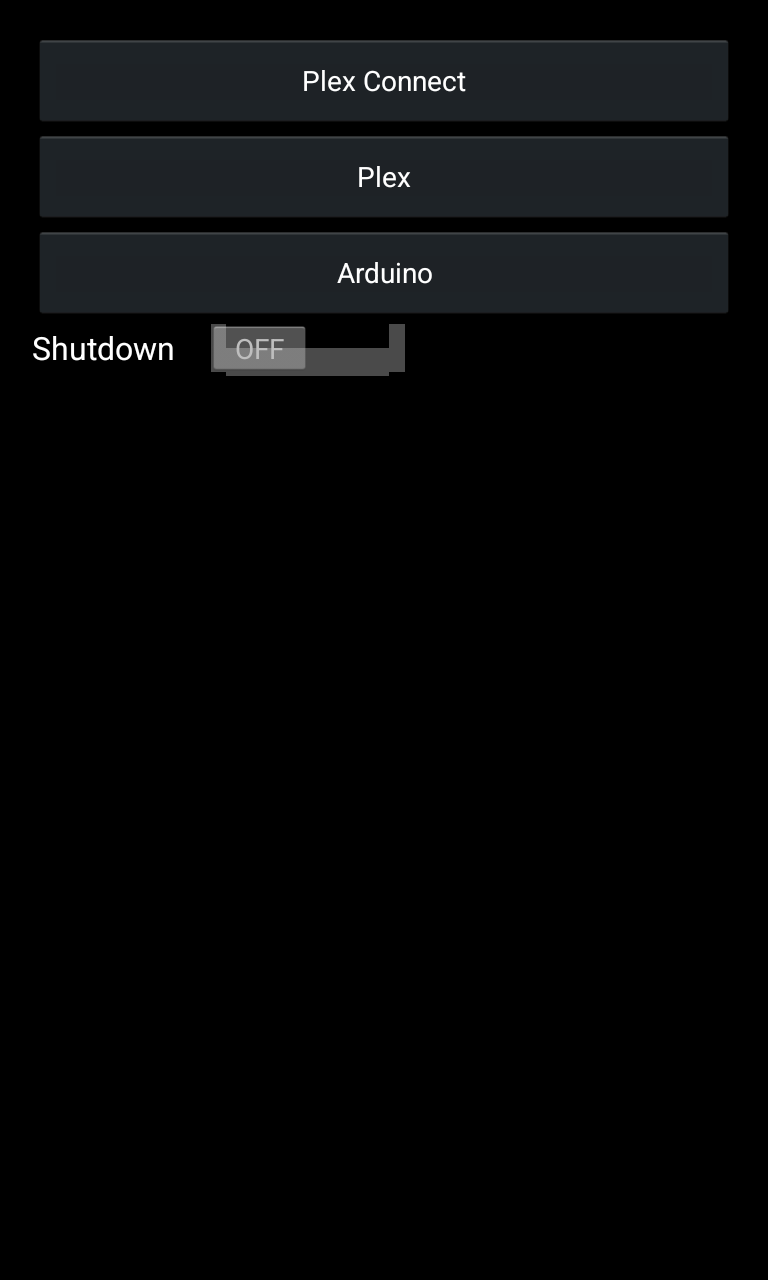
Repository: juanlurie/Android
Layout: TcpClient/res/layout/activity_main.xml
An editor plug-in stored every save of this project. The layout is shown before and after the next save, followed by the edit.
It is drawn on a 768 x 1280 px phone screen (xhdpi) without system bars, with theme AppTheme; the app's code is not run.

Above is the layout before, as saved 2013-08-09 07:17:22.

After the next save:
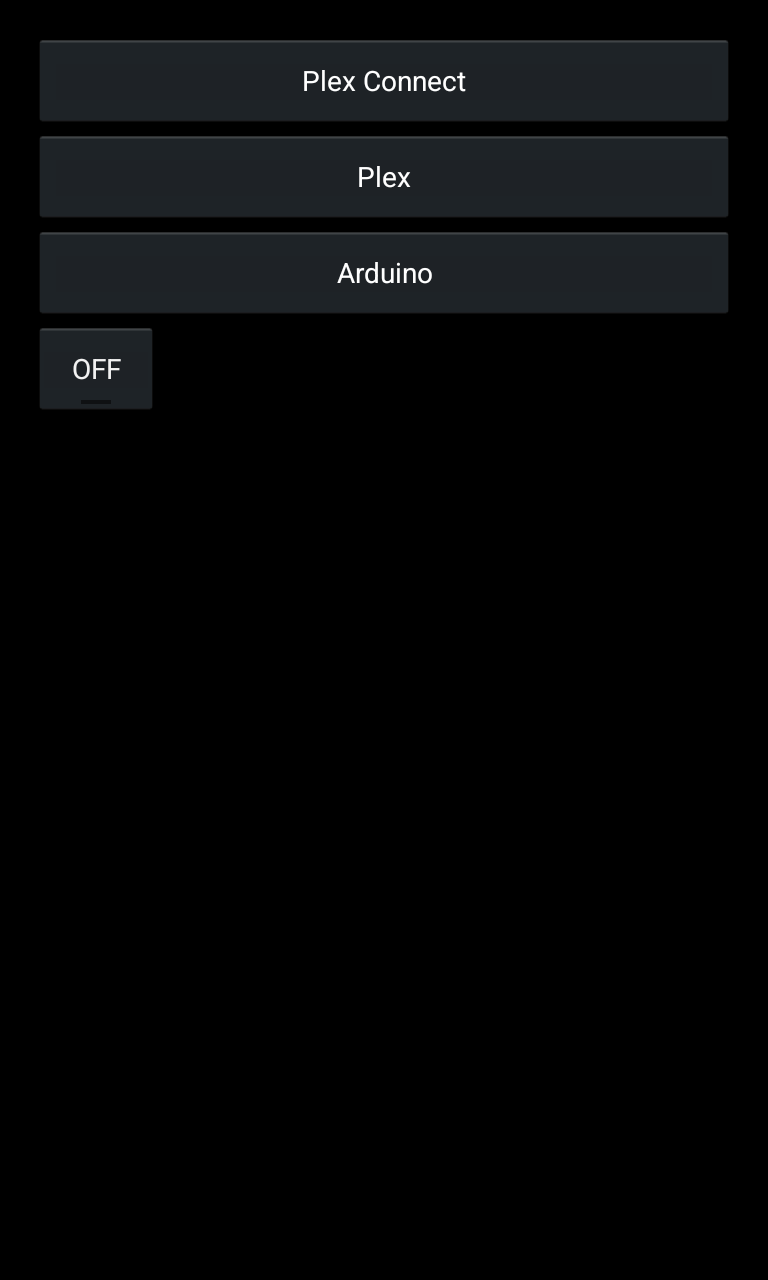
Saved 66 s later.
--- a/TcpClient/res/layout/activity_main.xml
+++ b/TcpClient/res/layout/activity_main.xml
@@ -38,7 +38,7 @@
         android:textColor="#FFFFFF" />
 
 
-    <Switch
+    <ToggleButton
         android:id="@+id/switch1"
         android:layout_width="wrap_content"
         android:layout_height="wrap_content"
